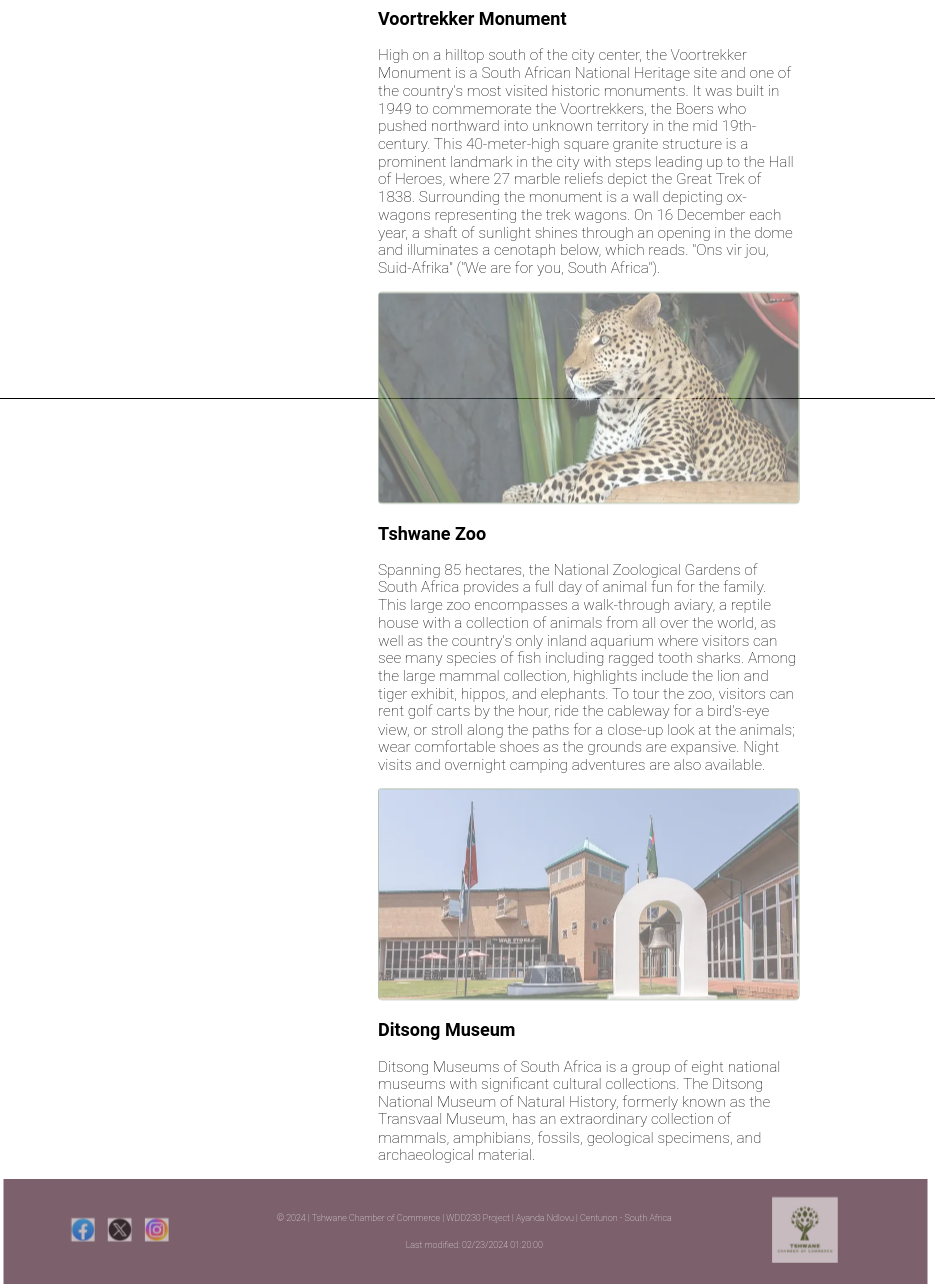
Repository: mszakutumela/wdd230
Page: chamber/discover.html
The author's editor kept a copy of each file at every save. The page is drawn from the files as they stood at one save, then again after a run of saves.
The browser window is 1280 px wide. The page is 1337 px wide, so the pictures cover 1337 px, including what lies to the right of the window. The pictures show the part of the page from y = 2335 to 4175 px (the page is 4175 px tall), at 70% of full size.
Some web fonts or font styles are not loaded; a fallback is used.

Above is the page before, as saved 2024-02-23 01:22:00.

### chamber/discover.html
<!DOCTYPE html>
<html lang="en">

<head>
    <meta charset="UTF-8">
    <meta http-equiv="X-UA-Compatible" content="IE=edge">
    <meta name="viewport" content="width=device-width, initial-scale=1.0">
    <title>Tshwane Chamber of Commerce Website - Discover Page</title>
    <meta name="description" content="Chamber of Commerce Website, Discover Page. WDD230 Project">
    <meta name="author" content="Ayanda Ndlovu">
    <meta property="og:title" content="Ayanda Ndlovu - Tshwane Chamber of Commerce">
    <meta property="og:type" content="website">
    <meta property="og:image" content="https://upload.wikimedia.org/wikipedia/commons/6/6b/Uniegebou.jpg">
    <meta property="og:url" content="https://mszakutumela.github.io/wdd230/chamber">
    <link rel="preconnect" href="https://fonts.googleapis.com">
    <link rel="preconnect" href="https://fonts.gstatic.com" crossorigin>
    <link
        href="https://fonts.googleapis.com/css2?family=Roboto+Serif:ital,opsz,wght@0,8..144,300;0,8..144,400;0,8..144,500;0,8..144,700;1,8..144,300;1,8..144,400;1,8..144,500;1,8..144,700&display=swap"
        rel="stylesheet">
    <link rel="stylesheet" href="styles/normalize.css">
    <link rel="stylesheet" href="styles/base.css">
    <link rel="stylesheet" href="styles/larger.css">
    <link rel="stylesheet" href="https://cdnjs.cloudflare.com/ajax/libs/font-awesome/4.7.0/css/font-awesome.min.css">
    <link rel="icon" href="favicon.ico">
</head>

<body>
    <header>
        <div class="socialHeader">
            <a href="https://facebook.com" target="_blank">
                <img src="images/FB_icon.webp" alt="fb icon">
            </a>
            <a href="https://twitter.com" target="_blank">
                <img src="images/twitter_icon.webp" alt="twitter icon">
            </a>
            <a href="https://instagram.com" target="_blank">
                <img src="images/Instagram_icon.webp" alt="instagram icon">
            </a>
        </div>
        <div class="container-a">
            <form class="searchBar" action="/action_page.php">
                <input type="text" placeholder="Search.." name="search">
                <button type="submit">
                    <i class="fa fa-search"></i>
                </button>
            </form>
        </div>
        <div id="darkButton">
            🕶️
        </div>
    </header>

    <nav>
        <div id="titleHeader">
            <img id="logoHeader" src="images/Logo(1).webp" alt="Logo of Tshwane Chamber of Commerce Website">
        </div>
        <button id="menuButton"></button>
        <ul class="menuLinks">
            <li><a id="mLinks1" href="index.html" title="Home">Home</a></li>
            <li><a id="line1" title="verticalLine">|</a></li>
            <li class="current-menu-item"><a id="mLinks2" class="active" href="discover.html"
                    title="Discover">Discover</a></li>
            <li><a id="line2" title="verticalLine">|</a></li>
            <li><a id="mLinks3" href="directory.html" title="Directory">Directory</a></li>
            <li><a id="line3" title="verticalLine">|</a></li>
            <li><a id="mLinks4" href="join.html" title="Join">Join</a></li>
        </ul>
    </nav>

    <main>
        <div class="discover">
            <h1>Places to Visit in Tshwane</h1>

            <section class="demographics">
                <h2>Demographic Summary</h2>
                <p><strong>Area:</strong> 2.432 square miles</p>
                <p><strong>Total Population:</strong> 4 040 315</p>
                <p><strong>Total Households:</strong> 1 322 252</p>
                <p><strong>Average Household Size:</strong> 3.1</p>
                <p><strong>Median Household Income:</strong> $812,98</p>
                <p><strong>Number of Official Languages Spoken:</strong> 6</p>
                <h2>Number of visits: <span class="visits"></span></h2>
            </section>
            <hr>
            <section class="discoverIMG">
                <picture>
                    <img src="images/south-africa-pretoria-melrose-house.webp" alt="Melrose House in Tshwane"
                        loading="lazy" width="500" height="auto">
                </picture>
                <h3>Melrose House</h3>
                <p>
                    Melrose House, a National Monument, offers visitors the experience of stepping back in time to the
                    late 19th century.
                    Built in 1866 by wealthy businessman George J. Heys, this handsome Victorian house was where the
                    Treaty of Vereeniging,
                    the Peace Treaty terminating the Anglo Boer War, was signed in 1902.
                </p>
                <picture>
                    <img src="images/south-africa-pretoria-top-attractions-freedom-park.webp"
                        alt="Freedom Park in Tshwane" loading="lazy" width="500" height="auto">
                </picture>
                <h3>Freedom Park</h3>
                <p>
                    Sitting on Salvokop Hill with panoramic views, Freedom park traces the story of South Africa's
                    liberation and honors those who played an important role.
                    The site opened to the public in 2007 and encompasses a series of poignant memorials and an
                    impressive museum with exhibits examining the nation's history
                    from the dawn of humanity to the present day.
                </p>
                <picture>
                    <img src="images/south-africa-pretoria-union-buildings.webp" alt="Union Buildings in Tshwane"
                        loading="lazy" width="500" height="auto">
                </picture>
                <h3>Union Buildings</h3>
                <p>
                    Set in beautiful gardens, the Union Buildings command the highest point of the city on Meintjieskop
                    Hill near historic Church Square, site
                    of the city's first settlement. Designed by Sir Herbert Baker in 1913, this impressive range of
                    sandstone buildings mixes Italian Renaissance,
                    English Renaissance, and Cape Dutch styles. It's the seat of government and also houses the offices
                    of the president and the state archives.
                </p>
                <picture>
                    <img src="images/south-africa-pretoria-voortrekker-monument.webp"
                        alt="Voortrekker Monument in Tshwane" loading="lazy" width="500" height="auto">
                </picture>
                <h3>Voortrekker Monument</h3>
                <p>
                    High on a hilltop south of the city center, the Voortrekker Monument is a South African National
                    Heritage site and one of the country's most visited
                    historic monuments. It was built in 1949 to commemorate the Voortrekkers, the Boers who pushed
                    northward into unknown territory in the mid 19th-century.
                    This 40-meter-high square granite structure is a prominent landmark in the city with steps leading
                    up to the Hall of Heroes, where 27 marble reliefs depict
                    the Great Trek of 1838. Surrounding the monument is a wall depicting ox-wagons representing the trek
                    wagons. On 16 December each year, a shaft of sunlight
                    shines through an opening in the dome and illuminates a cenotaph below, which reads. "Ons vir jou,
                    Suid-Afrika" ("We are for you, South Africa").
                </p>
                <picture>
                    <img src="images/south-africa-pretoria-zoo.webp" alt="Zoo in Tshwane" loading="lazy" width="500"
                        height="auto">
                </picture>
                <h3>Tshwane Zoo</h3>
                <p>
                    Spanning 85 hectares, the National Zoological Gardens of South Africa provides a full day of animal
                    fun for the family. This large zoo encompasses a
                    walk-through aviary, a reptile house with a collection of animals from all over the world, as well
                    as the country's only inland aquarium where visitors
                    can see many species of fish including ragged tooth sharks. Among the large mammal collection,
                    highlights include the lion and tiger exhibit, hippos,
                    and elephants. To tour the zoo, visitors can rent golf carts by the hour, ride the cableway for a
                    bird's-eye view, or stroll along the paths for a close-up
                    look at the animals; wear comfortable shoes as the grounds are expansive. Night visits and overnight
                    camping adventures are also available.
                </p>
                <picture>
                    <img src="images/ditsong-museum-south-africa-pretoria.webp" alt="Ditsong Museum in Tshwane"
                        loading="lazy" width="500" height="auto">
                </picture>
                <h3>Ditsong Museum</h3>
                <p>
                    Ditsong Museums of South Africa is a group of eight national museums with significant cultural
                    collections. The Ditsong National Museum of Natural History,
                    formerly known as the Transvaal Museum, has an extraordinary collection of mammals, amphibians,
                    fossils, geological specimens, and archaeological material.
                </p>
            </section>

        </div>
    </main>

    <footer>
        <div class="socialFooter">
            <a href="https://facebook.com" target="_blank">
                <img src="images/FB_icon.webp" alt="fb icon">
            </a>
            <a href="https://twitter.com" target="_blank">
                <img src="images/twitter_icon.webp" alt="twitter icon">
            </a>
            <a href="https://instagram.com" target="_blank">
                <img src="images/Instagram_icon.webp" alt="instagram icon">
            </a>
        </div>
        <div class="footer-info">
            <p>
                &copy; <span id="year"></span> | Tshwane Chamber of Commerce | WDD230 Project | Ayanda Ndlovu |
                Centurion
                - South Africa
            </p>
            <p>Last modified: <span id="lastModified"></span></p>
        </div>
        <div id="titleFooter">
            <a href="index.html">
                <img id="logoFooter" src="images/Logo(1).webp" alt="Logo of Tshwane Chamber of Commerce Website">
            </a>
        </div>
    </footer>
    <script src="scripts/scripts.js"></script>
</body>

</html>

### chamber/styles/larger.css
@media screen and (min-width: 700px) {
    nav {
        width: 97%;
        gap: 20rem;
    }

    /* li.current-menu-item a {
        background-color: none;
    } */

    nav #line1,
    #line2,
    #line3 {
        display: block;
    }

    ul.menuLinks li a {
        display: block;
        color: white;
        padding: .75rem 2vw;
        text-decoration: none;
    }

    .menuLinks li #mLinks1:hover {
        /* background-color: #E5E9EC; */
        /* color: #462230; */
        text-decoration: underline;
        color: black;
        font-weight: 900;
        display: flex;
    }

    .menuLinks li #mLinks2:hover {
        /* background-color: #E5E9EC; */
        /* color: #462230; */
        text-decoration: underline;
        color: black;
        font-weight: 900;
        display: flex;
    }

    .menuLinks li #mLinks3:hover {
        /* background-color: #E5E9EC; */
        /* color: #462230; */
        text-decoration: underline;
        color: black;
        font-weight: 900;
        display: flex;
    }

    .menuLinks li #mLinks4:hover {
        /* background-color: #E5E9EC; */
        /* color: #462230; */
        text-decoration: underline;
        color: black;
        font-weight: 900;
        display: flex;
    }

    #menuButton {
        display: none;
    }

    ul.menuLinks,
    ul.menuLinks.open {
        display: flex;
        justify-content: flex-end;
    }

    .menuLinks {
        display: flex;
        flex-direction: row;
        padding: 0;
    }

    .menuLinks li {
        display: block;
        flex: 1 1 100%;
        text-align: center;
    }

    /* .hero span {
        font-size: 2rem;
    }

    .hero img {
        width: 100%;
        height: auto;
    } */

    /* .wddTitle {
        font-size: 1.75em;
    } */

    /* .card-grid {
        display: grid;
        grid-template-columns: 1fr 1fr 1fr;
    }

    .card-grid section:nth-child(1) {
        grid-column: span 2;
    } */

    div.list section {
        display: grid;
        grid-template-columns: 1fr 2fr 1fr 1fr 1fr;
    }

    /* header, nav, main, footer {
        max-width: 64em;
        margin:auto;
    } */

    main .joinTitle {
        display: flex;
        justify-content: center;
    }

    section.levelsInfo {
        height: 470px;
    }

    /* Discover Page */

    div.discover {
        max-width: 1000px;
        margin: 0 auto;
        display: grid;
        grid-template-columns: 1fr 1.5fr;
        background-color: transparent;
    }

    div.discover h1 {
        grid-column: 1 / -1;
        grid-row: 1 / 2;
        font-size: 2.5rem;
    }

    div.discover hr {
        display: none;
    }

    section.demographics {
        background-color: rgba(181, 157, 69, 0.7);
        align-self: flex-start;
        position: sticky;
        top: 20%;
    }

    section.discoverIMG {
        transition: transform 0.5s;
    }

    section.discoverIMG img:

    footer .footer-info {
        display: flex;
        flex-direction: row;
        justify-content: space-between;
    }

    #logoFooter {
        max-width: 125px;
        justify-self: center;
        align-self: center;
    }

    footer {
        width: 100%;
    }
}

Loaded but not shown: chamber/styles/normalize.css (library); chamber/scripts/scripts.js (70 lines, source omitted); chamber/styles/base.css (625 lines, source omitted)

After the next 2 saves:
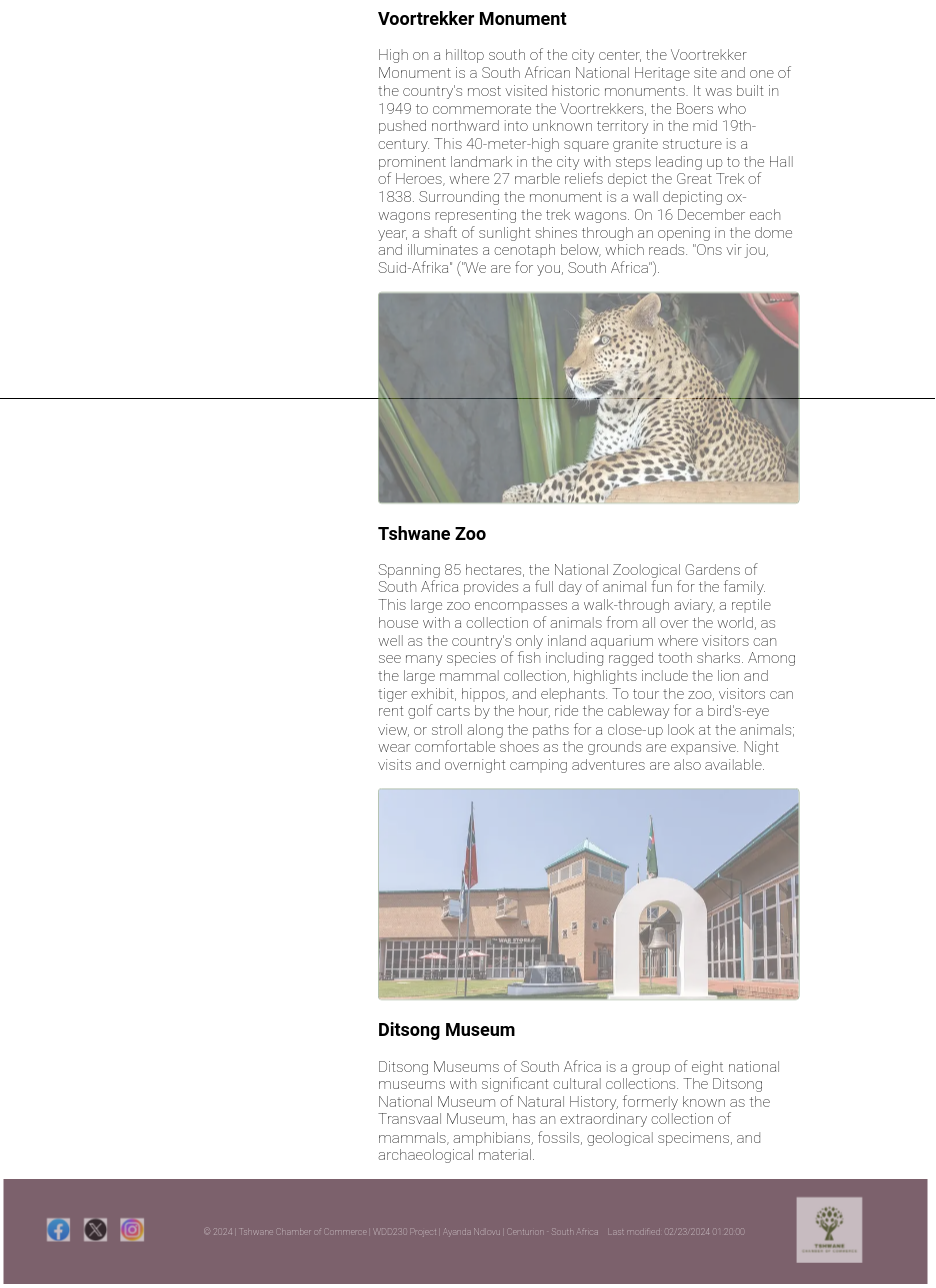
The 2 saves are shown as one change because they came seconds apart.
The last was saved 6 s later.
--- a/chamber/styles/larger.css
+++ b/chamber/styles/larger.css
@@ -151,7 +151,9 @@
         transition: transform 0.5s;
     }
 
-    section.discoverIMG img:
+    section.discoverIMG img:hover {
+
+    }
 
     footer .footer-info {
         display: flex;
